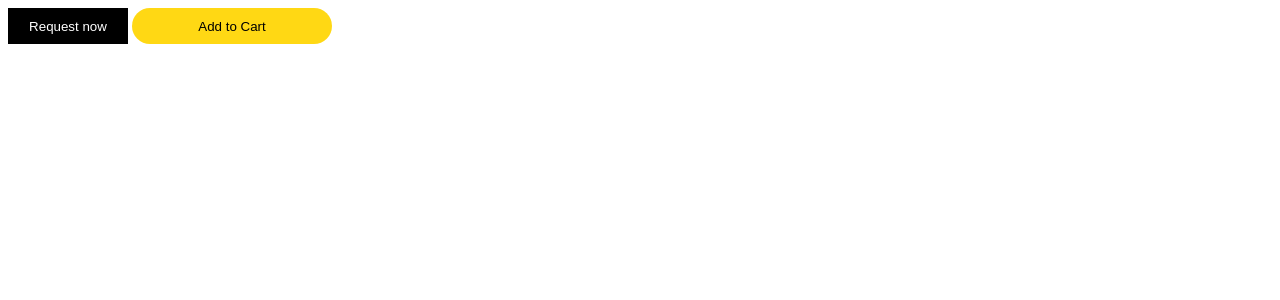
Repository: Kurumilli/Youtube
Page: Exercise2.html
An editor plug-in stored every save of this project. The page is shown before and after the next save, followed by the edit.
The browser window is 1280 px wide. The pictures show the whole page.

Above is the page before, as saved 2025-01-23 20:32:03.

### Exercise2.html
<html>
    <body>
        <style>
            .uber{
                background-color: black;
                color: white;
                height:36px;
                border: none;
                width: 120px;
            }

            .amazon{
                background-color: rgb(255,216,20);
                height: 36px;
                width: 200px;
                border-radius: 18px;
                border: none;

            }
        </style>

        <button class="uber">
                Request now
        </button>

        <button class="amazon">
            Add to Cart
        </button>


    </body>
</html>

After the next save:
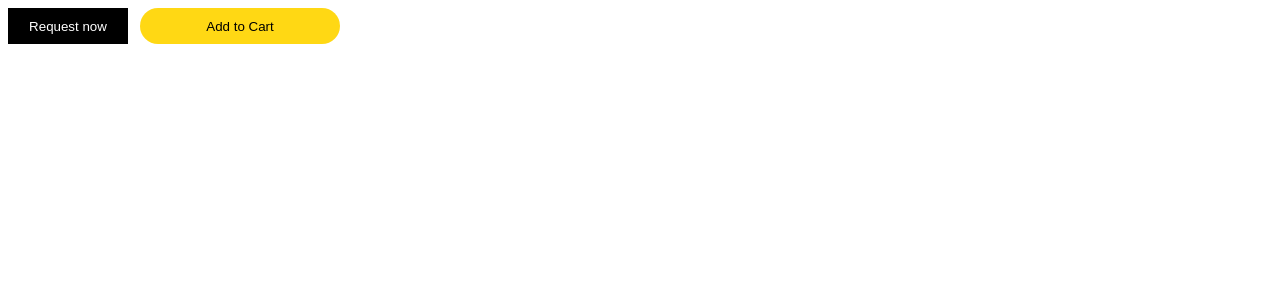
Saved 32 s later.
--- a/Exercise2.html
+++ b/Exercise2.html
@@ -7,6 +7,7 @@
                 height:36px;
                 border: none;
                 width: 120px;
+                margin-right: 8px;
             }
 
             .amazon{
